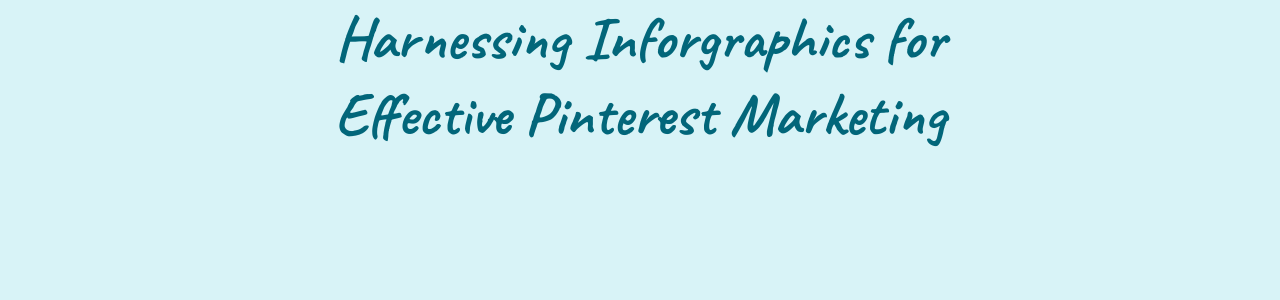
Repository: ayushrajput545/InforGraphic-page
Page: index.html
These files come from the project's save history. The page is drawn as it stood at one moment and after a run of saves; the edit follows.
The browser window is 1280 px wide. The pictures show the whole page.
Some web fonts or font styles are not loaded; a fallback is used.

Above is the page before, as saved 2025-04-01 21:32:15.

After the next 2 saves:
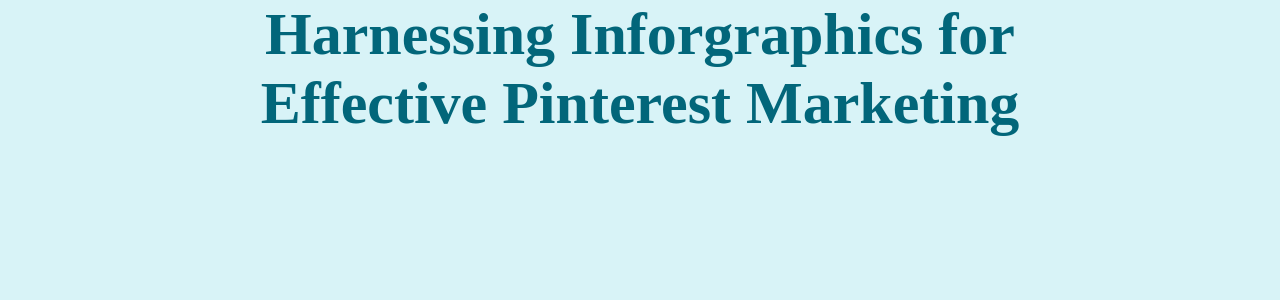
The 2 saves are shown as one change because they came seconds apart.
The last was saved 3 min 0 s later.
--- a/index.html
+++ b/index.html
@@ -6,7 +6,7 @@
     <link rel="stylesheet" href="style.css">
     <link rel="preconnect" href="https://fonts.googleapis.com">
     <link rel="preconnect" href="https://fonts.gstatic.com" crossorigin>
-    <link href="https://fonts.googleapis.com/css2?family=Caveat:wght@400..700&display=swap" rel="stylesheet">
+    <link href="https://fonts.googleapis.com/css2?family=Protest+Riot&display=swap" rel="stylesheet">
 </head>
 <body>
 
